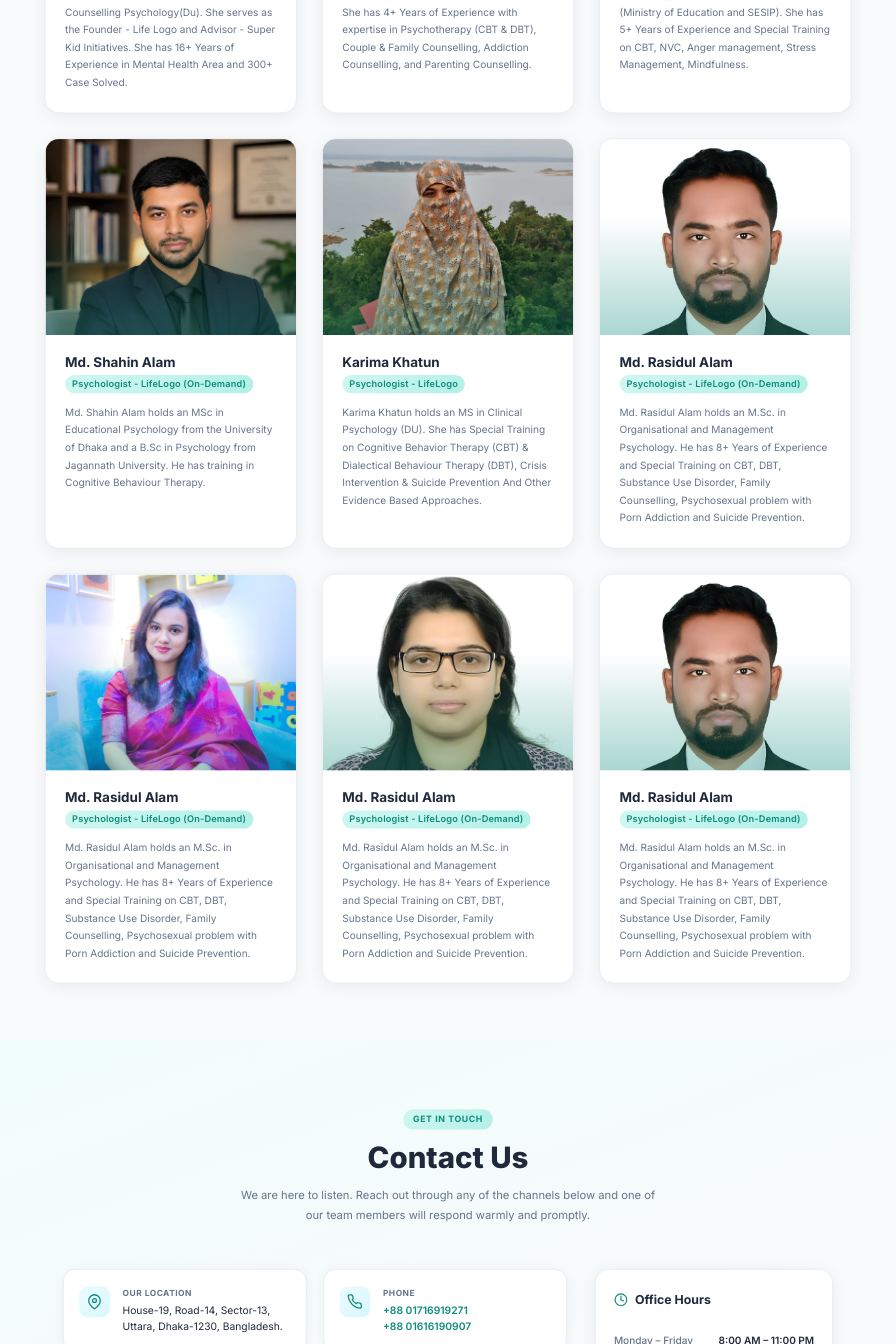
Repository: Tan47s/Lifelogo
Page: /
These files come from the project's save history. The page is drawn as it stood at one moment and after the next save; the edit follows.
The browser window is 1280 px wide. The pictures show the part of the page from y = 2964 to 4884 px (the page is 5584 px tall), at 70% of full size.
The project was rebuilt for these pictures with package versions that can differ from the ones it lists, and the page was loaded fresh each time. Also part of the build but not shown: vite.config.js.

Above is the page before, as saved 2026-08-22 10:59:18.

After the next save:
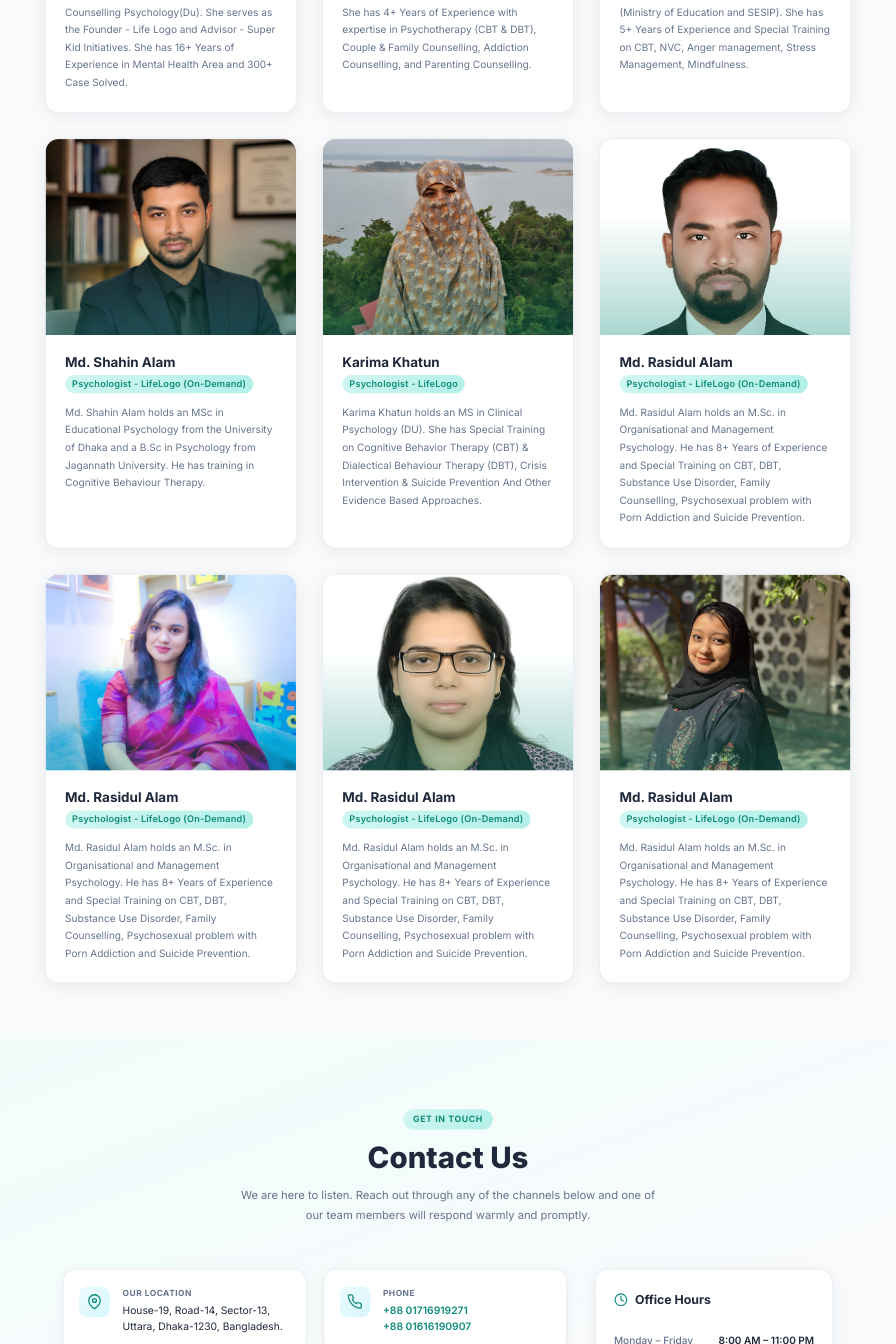
Saved 4 s later.
--- a/src/comp/Counsellors.jsx
+++ b/src/comp/Counsellors.jsx
@@ -60,7 +60,7 @@ const counsellors = [
     bio: 'Md. Rasidul Alam holds an M.Sc. in Organisational and Management Psychology. He has 8+ Years of Experience and Special Training on CBT, DBT, Substance Use Disorder, Family Counselling, Psychosexual problem with Porn Addiction and Suicide Prevention.',
   },
     {
-    img: c6,
+    img: c9,
     name: 'Md. Rasidul Alam',
     role: 'Psychologist - LifeLogo (On-Demand)',
     bio: 'Md. Rasidul Alam holds an M.Sc. in Organisational and Management Psychology. He has 8+ Years of Experience and Special Training on CBT, DBT, Substance Use Disorder, Family Counselling, Psychosexual problem with Porn Addiction and Suicide Prevention.',
